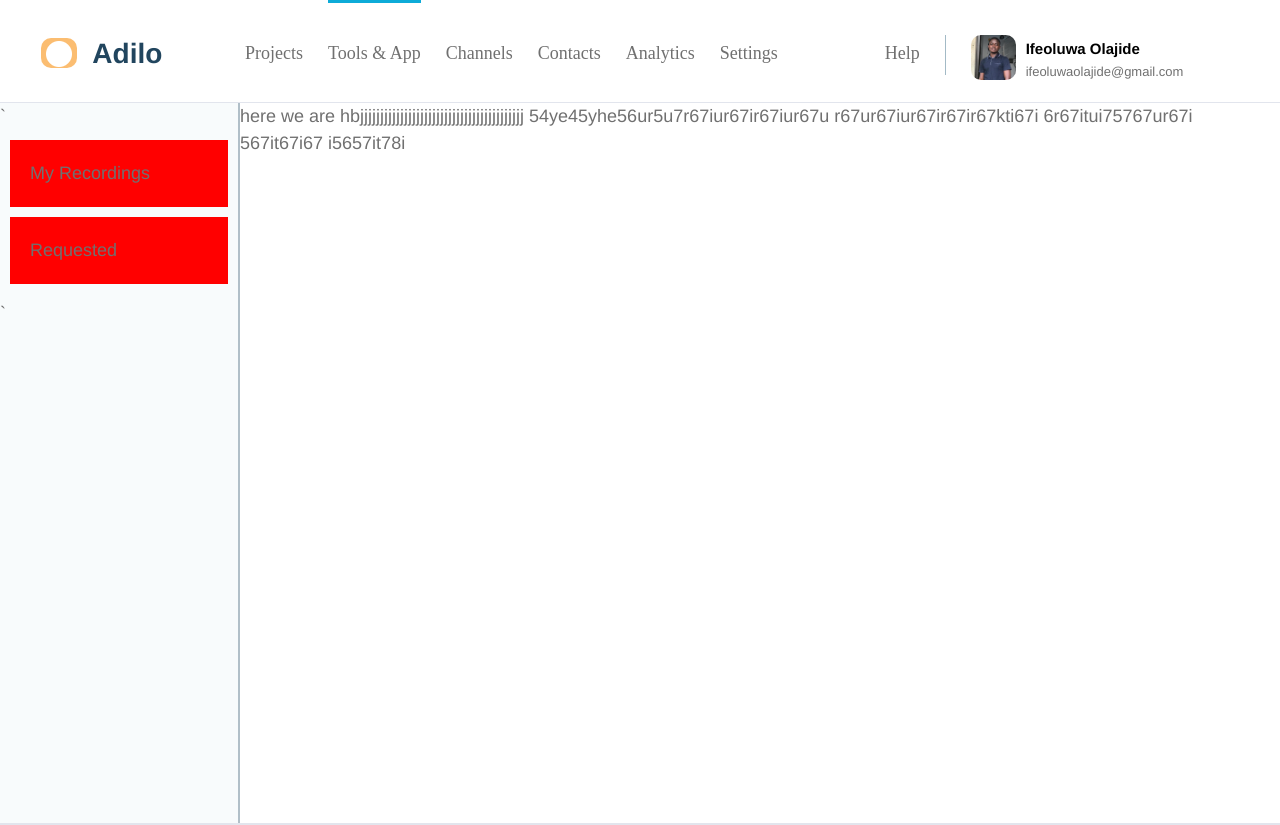
Repository: olhighjay/video_recorder
Page: /
These files come from the project's save history. The page is drawn as it stood at one moment and after the next save; the edit follows.
The browser window is 1280 px wide. The pictures show the whole page.
Some web libraries are served in a nearby version. The project was rebuilt for these pictures with package versions that can differ from the ones it lists, and the page was loaded fresh each time. Also part of the build but not shown: vue.config.js.

Above is the page before, as saved 2022-07-28 19:52:34.

After the next save:
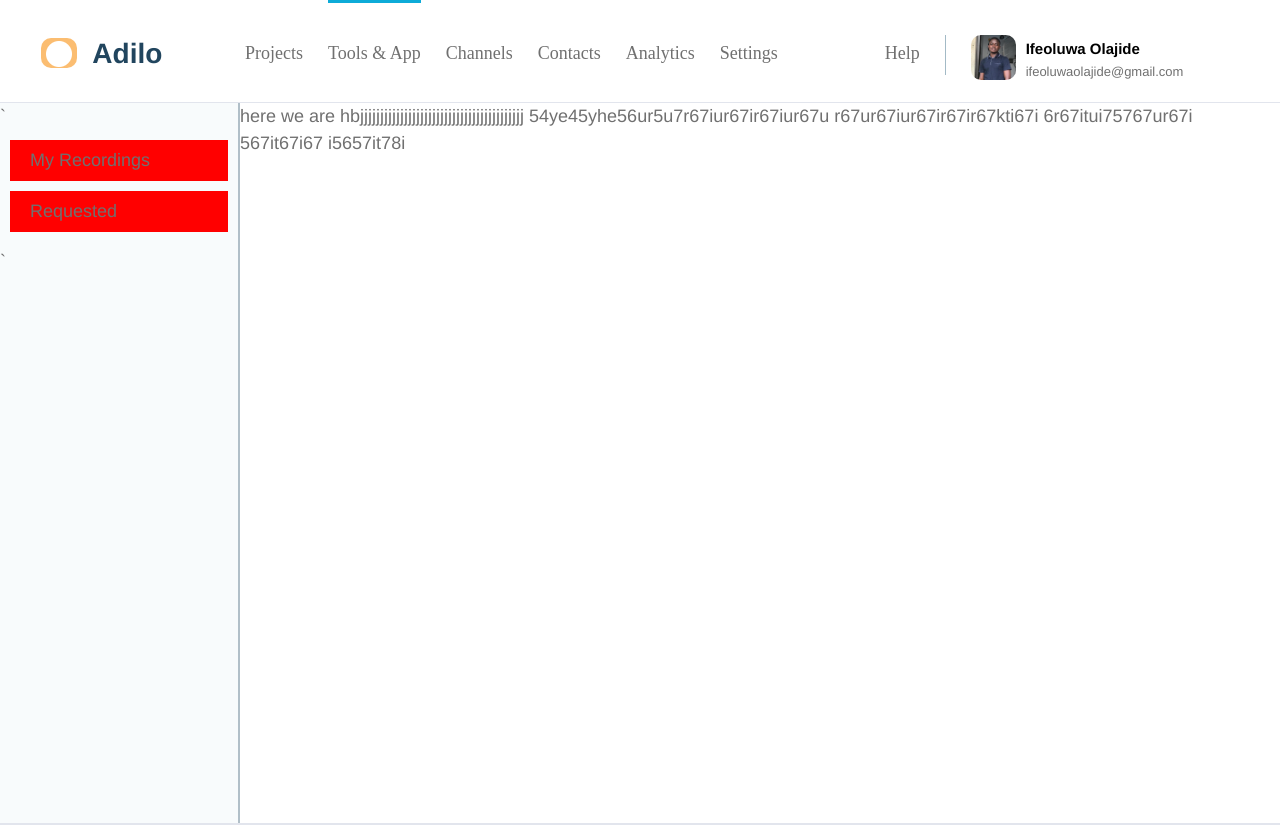
Saved 18 s later.
--- a/src/App.vue
+++ b/src/App.vue
@@ -52,7 +52,7 @@
 }
 .my-sidebar-items>li {
   margin : 10px;
-  padding: 20px ;
+  padding: 7px 20px ;
   background-color: red;
 }
 
